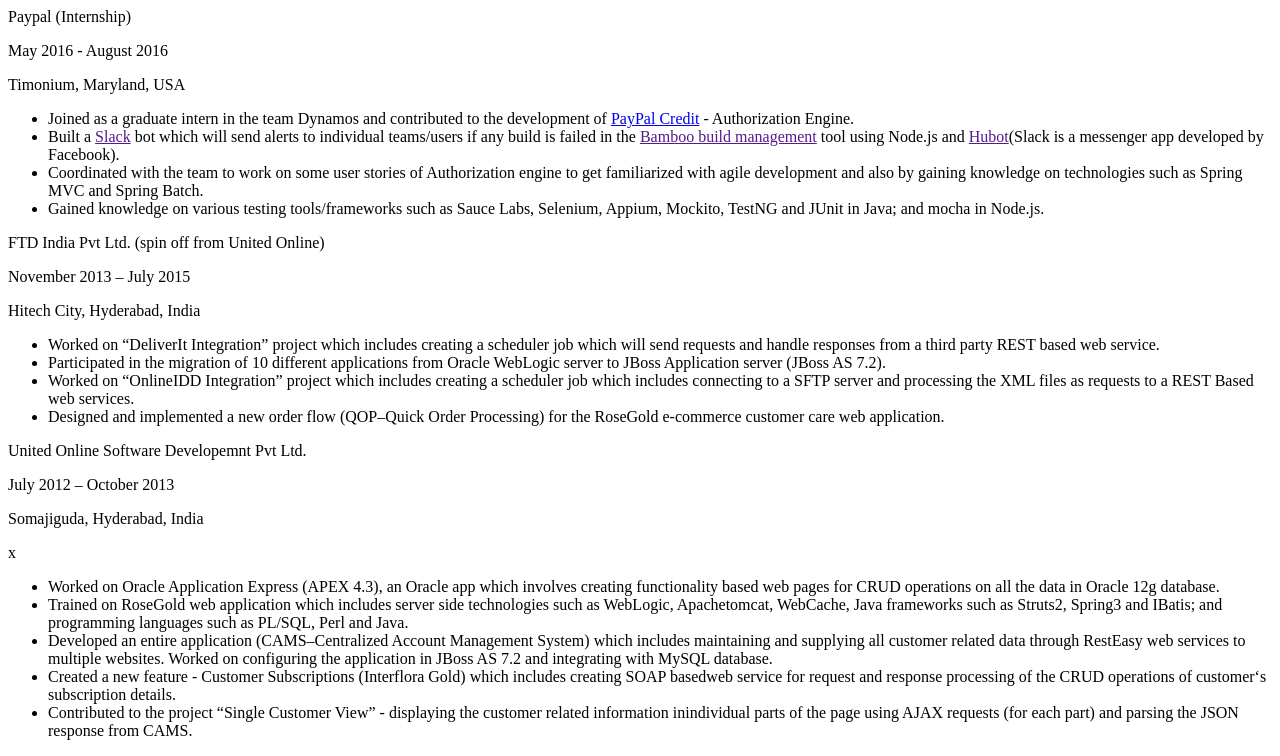
Repository: phanindrakannaji/Resume
Page: http://localhost/application/pages/experience.php
These files come from the project's save history. The page is drawn as it stood at one moment and after the next save; the edit follows.
The browser window is 1280 px wide. The pictures show the whole page.
The page is run by PHP 8.4 with error messages shown; the project is at /var/www/html/.

Above is the page before, as saved 2016-09-25 16:47:01.
Console error: ReferenceError: $ is not defined

### Resume/application/pages/experience.php
<script type="text/javascript"
	src="../resources/scripts/refreshScript.js"></script>
<div class="divExperience customfont2">
	<div class="divExperienceHeading">
		<p class="expHeading expHeadingContent">Paypal (Internship)</p>
		<p class="expHeadingContent">May 2016 - August 2016</p>
		<p class="expHeadingContent divExperiencelocation ">Timonium,
			Maryland, USA</p>
	</div>
	<div class="divExperienceWork modal">
		<ul>
			<li>Joined as a graduate intern in the team Dynamos and contributed
				to the development of <a
				href="https://en.wikipedia.org/wiki/PayPal_Credit" target="blank">PayPal
					Credit</a> - Authorization Engine.
			</li>
			<li>Built a <a href="" target="blank">Slack</a> bot which will send
				alerts to individual teams/users if any build is failed in the <a
				href="" target="blank">Bamboo build management</a> tool using
				Node.js and <a href="" target="blank">Hubot</a>(Slack is a messenger
				app developed by Facebook).
			</li>
			<li>Coordinated with the team to work on some user stories of
				Authorization engine to get familiarized with agile development and
				also by gaining knowledge on technologies such as Spring MVC and
				Spring Batch.</li>
			<li>Gained knowledge on various testing tools/frameworks such as
				Sauce Labs, Selenium, Appium, Mockito, TestNG and JUnit in Java; and
				mocha in Node.js.</li>
		</ul>
	</div>
</div>

<div class="divExperience customfont2">
	<div class="divExperienceHeading">
		<p class="expHeading expHeadingContent">FTD India Pvt Ltd. (spin off
			from United Online)</p>
		<p class="expHeadingContent">November 2013 – July 2015</p>
		<p class=" expHeadingContent divExperiencelocation ">Hitech City,
			Hyderabad, India</p>
	</div>
	<div class="divExperienceWork modal">
		<ul>
			<li>Worked on “DeliverIt Integration” project which includes creating
				a scheduler job which will send requests and handle responses from a
				third party REST based web service.</li>
			<li>Participated in the migration of 10 different applications from
				Oracle WebLogic server to JBoss Application server (JBoss AS 7.2).</li>
			<li>Worked on “OnlineIDD Integration” project which includes creating
				a scheduler job which includes connecting to a SFTP server and
				processing the XML files as requests to a REST Based web services.</li>
			<li>Designed and implemented a new order flow (QOP–Quick Order
				Processing) for the RoseGold e-commerce customer care web
				application.</li>
		</ul>
	</div>
</div>

<div class="divExperience customfont2">
	<div class="divExperienceHeading">
		<p class="expHeading expHeadingContent">United Online Software
			Developemnt Pvt Ltd.</p>
		<p class="expHeadingContent">July 2012 – October 2013</p>
		<p class="expHeadingContent divExperiencelocation ">Somajiguda,
			Hyderabad, India</p>
	</div>
	<div class="divExperienceWork modal">
		<div class="modal-content">
			<span class="close">x</span>
			<ul>
				<li>Worked on Oracle Application Express (APEX 4.3), an Oracle app
					which involves creating functionality based web pages for CRUD
					operations on all the data in Oracle 12g database.</li>
				<li>Trained on RoseGold web application which includes server side
					technologies such as WebLogic, Apachetomcat, WebCache, Java
					frameworks such as Struts2, Spring3 and IBatis; and programming
					languages such as PL/SQL, Perl and Java.</li>
				<li>Developed an entire application (CAMS–Centralized Account
					Management System) which includes maintaining and supplying all
					customer related data through RestEasy web services to multiple
					websites. Worked on configuring the application in JBoss AS 7.2 and
					integrating with MySQL database.</li>
				<li>Created a new feature - Customer Subscriptions (Interflora Gold)
					which includes creating SOAP basedweb service for request and
					response processing of the CRUD operations of customer‘s
					subscription details.</li>
				<li>Contributed to the project “Single Customer View” - displaying
					the customer related information inindividual parts of the page
					using AJAX requests (for each part) and parsing the JSON response
					from CAMS.</li>
			</ul>
		</div>
	</div>
</div>
<script type="text/javascript" src="../resources/scripts/experience.js"></script>

### Resume/resources/scripts/refreshScript.js
$(document).ready(function(){
	$("#commandInput").keypress(function(e){
		keypressInBox(e);
	});
	$("#commandInput").focus();
})

### Resume/resources/scripts/experience.js
$(document).ready(function(){
	$('.divExperienceHeading').click(function(){
		$(this).parent().children().last().setAttr("display", "block");
	});
	var span = $(".close")[0];
	$(".close")[0].onclick(function() {

	});
});

After the next save:
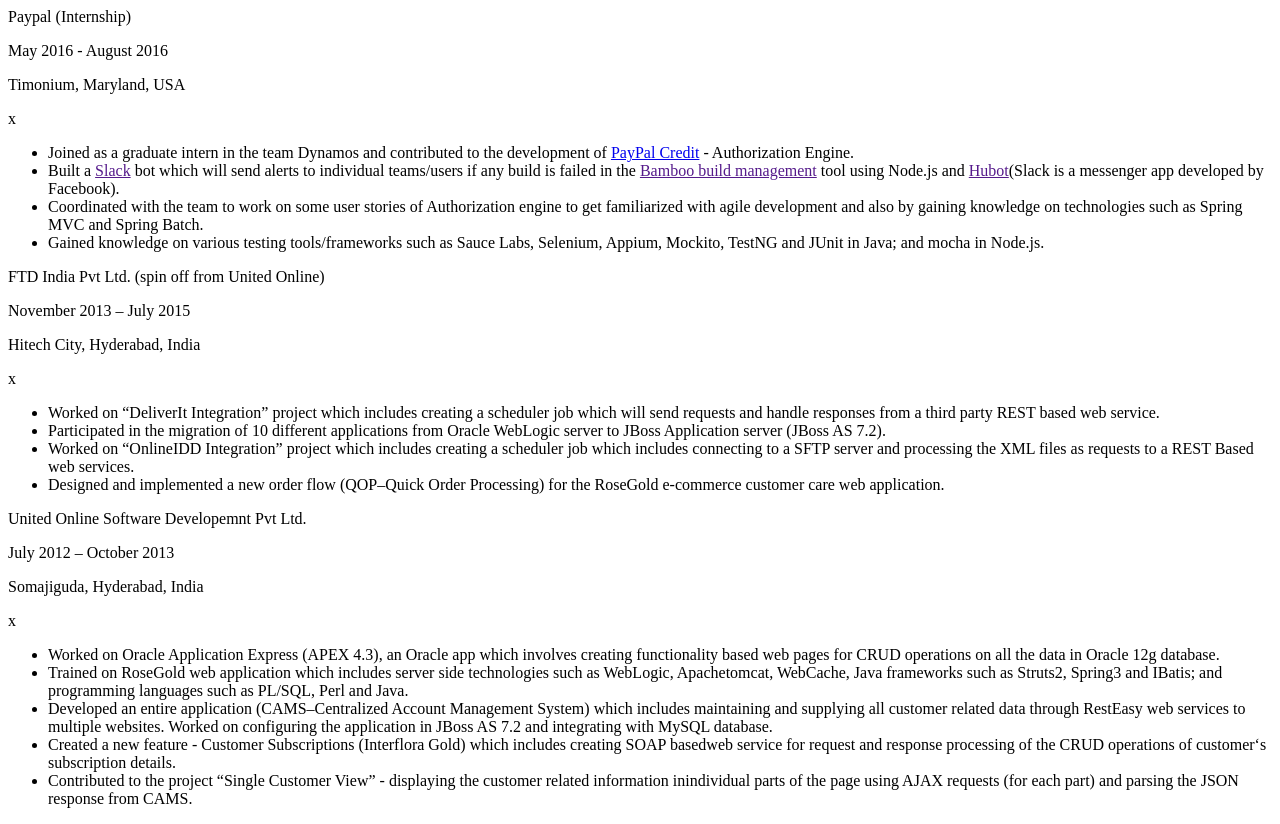
Saved 22 s later.
--- a/Resume/application/pages/experience.php
+++ b/Resume/application/pages/experience.php
@@ -8,26 +8,29 @@
 			Maryland, USA</p>
 	</div>
 	<div class="divExperienceWork modal">
-		<ul>
-			<li>Joined as a graduate intern in the team Dynamos and contributed
-				to the development of <a
-				href="https://en.wikipedia.org/wiki/PayPal_Credit" target="blank">PayPal
-					Credit</a> - Authorization Engine.
-			</li>
-			<li>Built a <a href="" target="blank">Slack</a> bot which will send
-				alerts to individual teams/users if any build is failed in the <a
-				href="" target="blank">Bamboo build management</a> tool using
-				Node.js and <a href="" target="blank">Hubot</a>(Slack is a messenger
-				app developed by Facebook).
-			</li>
-			<li>Coordinated with the team to work on some user stories of
-				Authorization engine to get familiarized with agile development and
-				also by gaining knowledge on technologies such as Spring MVC and
-				Spring Batch.</li>
-			<li>Gained knowledge on various testing tools/frameworks such as
-				Sauce Labs, Selenium, Appium, Mockito, TestNG and JUnit in Java; and
-				mocha in Node.js.</li>
-		</ul>
+		<div class="modal-content">
+			<span class="close">x</span>
+			<ul>
+				<li>Joined as a graduate intern in the team Dynamos and contributed
+					to the development of <a
+					href="https://en.wikipedia.org/wiki/PayPal_Credit" target="blank">PayPal
+						Credit</a> - Authorization Engine.
+				</li>
+				<li>Built a <a href="" target="blank">Slack</a> bot which will send
+					alerts to individual teams/users if any build is failed in the <a
+					href="" target="blank">Bamboo build management</a> tool using
+					Node.js and <a href="" target="blank">Hubot</a>(Slack is a
+					messenger app developed by Facebook).
+				</li>
+				<li>Coordinated with the team to work on some user stories of
+					Authorization engine to get familiarized with agile development and
+					also by gaining knowledge on technologies such as Spring MVC and
+					Spring Batch.</li>
+				<li>Gained knowledge on various testing tools/frameworks such as
+					Sauce Labs, Selenium, Appium, Mockito, TestNG and JUnit in Java;
+					and mocha in Node.js.</li>
+			</ul>
+		</div>
 	</div>
 </div>
 
@@ -40,19 +43,23 @@
 			Hyderabad, India</p>
 	</div>
 	<div class="divExperienceWork modal">
-		<ul>
-			<li>Worked on “DeliverIt Integration” project which includes creating
-				a scheduler job which will send requests and handle responses from a
-				third party REST based web service.</li>
-			<li>Participated in the migration of 10 different applications from
-				Oracle WebLogic server to JBoss Application server (JBoss AS 7.2).</li>
-			<li>Worked on “OnlineIDD Integration” project which includes creating
-				a scheduler job which includes connecting to a SFTP server and
-				processing the XML files as requests to a REST Based web services.</li>
-			<li>Designed and implemented a new order flow (QOP–Quick Order
-				Processing) for the RoseGold e-commerce customer care web
-				application.</li>
-		</ul>
+		<div class="modal-content">
+			<span class="close">x</span>
+			<ul>
+				<li>Worked on “DeliverIt Integration” project which includes
+					creating a scheduler job which will send requests and handle
+					responses from a third party REST based web service.</li>
+				<li>Participated in the migration of 10 different applications from
+					Oracle WebLogic server to JBoss Application server (JBoss AS 7.2).</li>
+				<li>Worked on “OnlineIDD Integration” project which includes
+					creating a scheduler job which includes connecting to a SFTP server
+					and processing the XML files as requests to a REST Based web
+					services.</li>
+				<li>Designed and implemented a new order flow (QOP–Quick Order
+					Processing) for the RoseGold e-commerce customer care web
+					application.</li>
+			</ul>
+		</div>
 	</div>
 </div>
 
